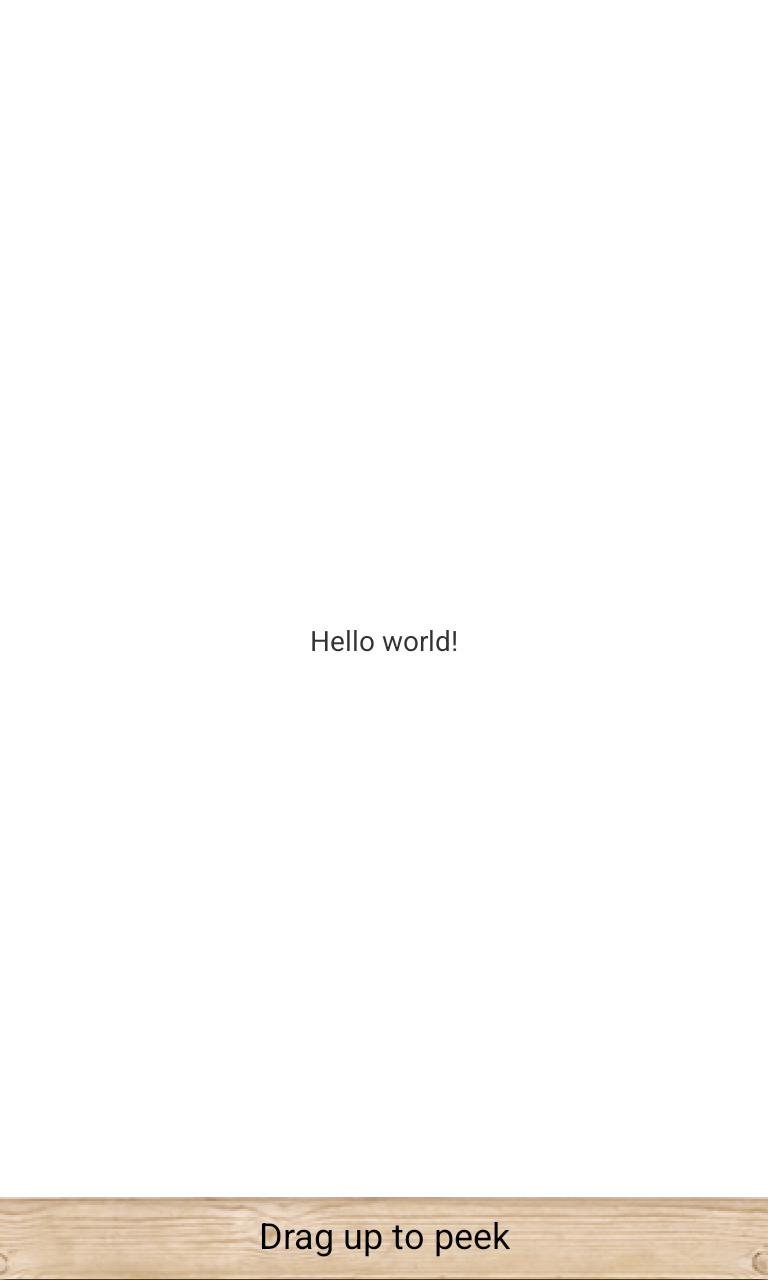
Repository: CrisFeo/JacksonPass
Layout: Android/Passwarp/res/layout/activity_main.xml
An editor plug-in stored every save of this project. The layout is shown before and after the next save, followed by the edit.
It is drawn on a 768 x 1280 px phone screen (xhdpi) without system bars, with theme AppTheme; the app's code is not run.

Above is the layout before, as saved 2012-09-15 21:14:57.

After the next save:
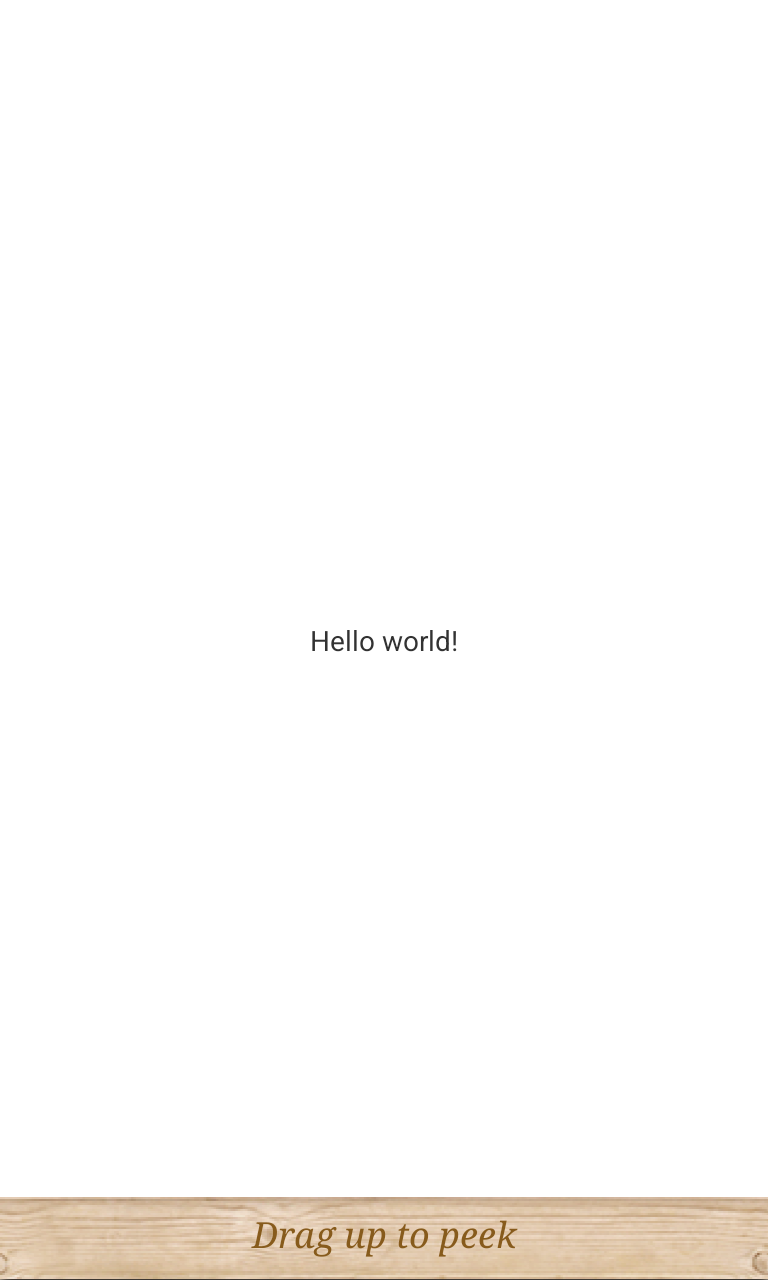
Saved 3 min 58 s later.
--- a/Android/Passwarp/res/layout/activity_main.xml
+++ b/Android/Passwarp/res/layout/activity_main.xml
@@ -27,7 +27,10 @@
             android:layout_height="wrap_content"
             android:background="@drawable/tileable_wood_texture_2x_crop"
             android:paddingBottom="15dip"
-            android:text="Drag up to peek" />
+            android:text="Drag up to peek"
+            android:textStyle="italic"
+            android:typeface="serif"
+            android:textColor="#875B1C" />
 
         <LinearLayout
             android:id="@+id/content"
